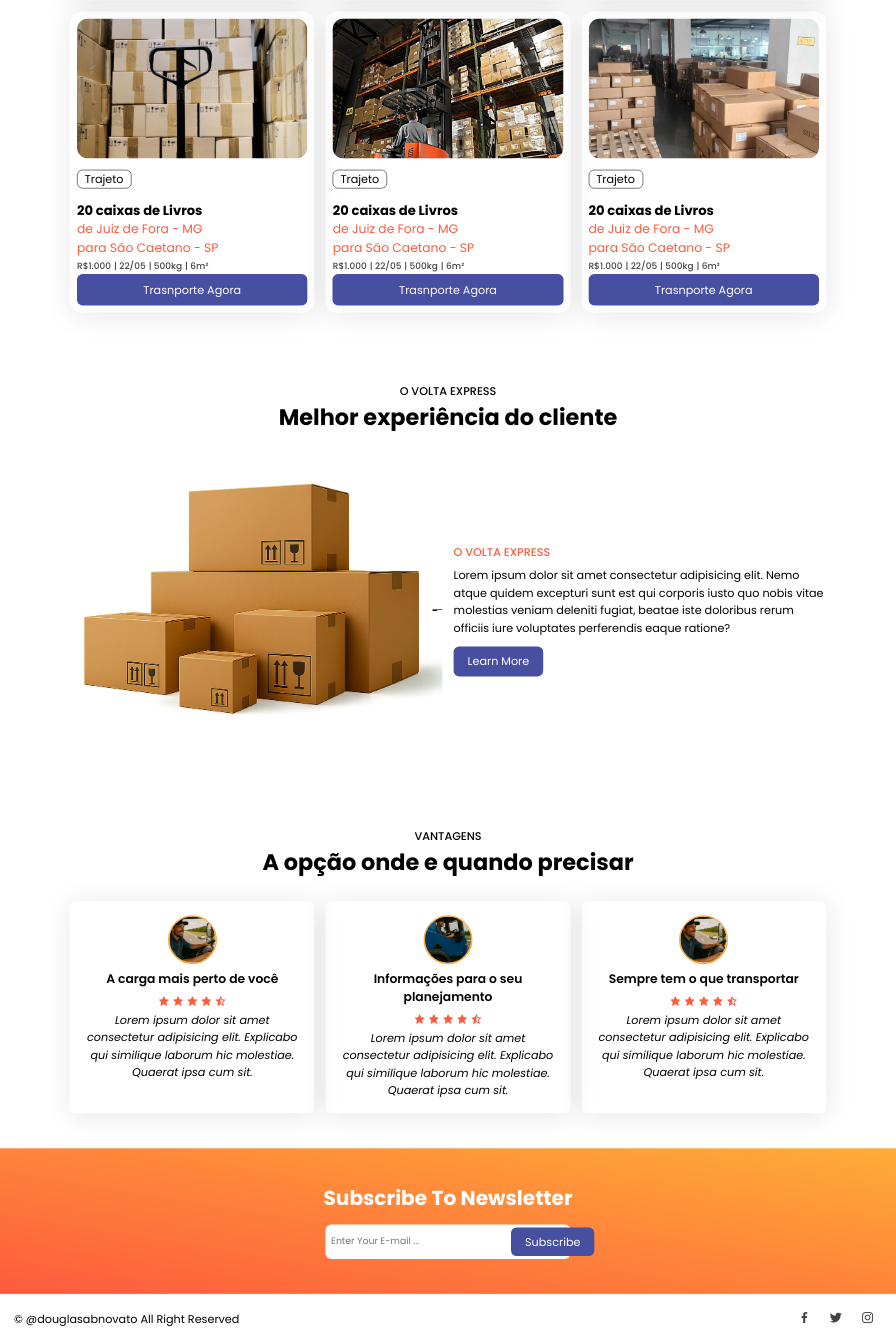
Repository: douglasabnovato/transportation
Page: index.html
These files come from the project's save history. The page is drawn as it stood at one moment and after the next save; the edit follows.
The browser window is 1280 px wide. The pictures show the part of the page from y = 2258 to 4178 px (the page is 4178 px tall), at 70% of full size.

Above is the page before, as saved 2025-05-19 01:28:09.

### index.html
<!DOCTYPE html>
<html lang="en">
  <head>
    <meta charset="UTF-8" />
    <meta name="viewport" content="width=device-width, initial-scale=1.0" />
    <title>Transportation</title>
    <link
      rel="stylesheet"
      href="https://cdn.jsdelivr.net/npm/boxicons@latest/css/boxicons.min.css"
    />
    <link rel="stylesheet" href="./style.css" />
  </head>
  <body>
    <!-- Header -->
    <header>
      <a href="#" class="logo"
        ><img
          src="./assets/images-t/transportar-caixas/caixas.png"
          alt="logo da car rental"
          srcset=""
      /></a>
      <div class="bx bx-menu" id="menu-icon"></div>
      <ul class="navbar">
        <li><a href="#home">Home</a></li>
        <li><a href="#ride">Transportar </a></li>
        <li><a href="#services">Serviços</a></li>
        <li><a href="#about">O Volta Express</a></li>
        <li><a href="#reviews">Vantagens</a></li>
      </ul>
      <div class="header-btn">
        <a href="#" class="sign-up">Sign Up</a>
        <a href="#" class="sign-in">Sign In</a>
      </div>
    </header>

    <!-- Home -->
    <section class="home" id="home">
      <div class="text">
        <h1>
          <span>Procurando</span> mercadorias <br />
          para transportar
        </h1>
        <p>
          Lorem ipsum dolor sit amet consectetur adi <br />
          pisicing elit. Explicabo esse non fugiat!
        </p>
        <div class="app-stores">
          <img src="./assets/ios.png" alt="" />
          <img src="./assets/play.png" alt="" />
        </div>
      </div>
      <div class="form-container">
        <form action="">
          <div class="input-box">
            <span>Location</span>
            <input type="search" name="" id="" placeholder="Search Places" />
          </div>
          <div class="input-box">
            <span>Pick-Up Date</span>
            <input type="date" name="" id="" />
          </div>
          <div class="input-box">
            <span>Return Date</span>
            <input type="date" name="" id="" />
          </div>
          <input type="submit" name="" id="" class="btn" />
        </form>
      </div>
    </section>

    <!-- Ride -->
    <section class="ride" id="ride">
      <div class="heading">
        <span>Como funciona</span>
        <h1>Transporte em 3 etapas fáceis</h1>
      </div>
      <div class="ride-container">
        <div class="box">
          <i class="bx bxs-map"></i>
          <h2>Escolha um local</h2>
          <p>
            Lorem ipsum dolor sit, amet consectetur adipisicing elit.
            Perspiciatis, impedit? Saepe quo quam numquam maxime?
          </p>
        </div>
        <div class="box">
          <i class="bx bxs-calendar-check"></i>
          <h2>Data de retirada</h2>
          <p>
            Lorem ipsum dolor sit, amet consectetur adipisicing elit.
            Perspiciatis, impedit? Saepe quo quam numquam maxime?
          </p>
        </div>
        <div class="box">
          <i class="bx bxs-calendar-star"></i>
          <h2>Reserve um espaço</h2>
          <p>
            Lorem ipsum dolor sit, amet consectetur adipisicing elit.
            Perspiciatis, impedit? Saepe quo quam numquam maxime?
          </p>
        </div>
      </div>
    </section>

    <!-- Services -->
    <section class="services" id="services">
      <div class="heading">
        <span>Melhores Serviços</span>
        <h1>
          Explore as Melhores Ofertas <br />
          dos Mais Bem Avaliados
        </h1>
      </div>
      <div class="services-container">
        <div class="box">
          <div class="box-img">
            <img
              src="./assets/images-t/transportar-caixas/caminhao-caixas-1.jpg"
              alt="car1"
            />
          </div>
          <p class="infos">Trajeto</p>
          <h3>20 caixas de Livros</h3>
          <h2>de Juiz de Fora - MG</h2>
          <h2>para São Caetano - SP</h2>
          <p>
            <span> R$1.000</span>
            <span> | 22/05</span>
            <span> | 500kg</span>
            <span> | 6m²</span>
          </p>
          <a href="#" class="btn">Trasnporte Agora</a>
        </div>

        <div class="box">
          <div class="box-img">
            <img
              src="./assets/images-t/transportar-caixas/caminhao-caixas-2.jpg"
              alt="car1"
            />
          </div>
          <p class="infos">Trajeto</p>
          <h3>20 caixas de Livros</h3>
          <h2>de Juiz de Fora - MG</h2>
          <h2>para São Caetano - SP</h2>
          <p>
            <span> R$1.000</span>
            <span> | 22/05</span>
            <span> | 500kg</span>
            <span> | 6m²</span>
          </p>
          <a href="#" class="btn">Trasnporte Agora</a>
        </div>

        <div class="box">
          <div class="box-img">
            <img
              src="./assets/images-t/transportar-caixas/caminhao-caixas-3.jpg"
              alt="car1"
            />
          </div>
          <p class="infos">Trajeto</p>
          <h3>20 caixas de Livros</h3>
          <h2>de Juiz de Fora - MG</h2>
          <h2>para São Caetano - SP</h2>
          <p>
            <span> R$1.000</span>
            <span> | 22/05</span>
            <span> | 500kg</span>
            <span> | 6m²</span>
          </p>
          <a href="#" class="btn">Trasnporte Agora</a>
        </div>

        <div class="box">
          <div class="box-img">
            <img
              src="./assets/images-t/transportar-caixas/caminhao-caixas-4.jpg"
              alt="car1"
            />
          </div>
          <p class="infos">Trajeto</p>
          <h3>20 caixas de Livros</h3>
          <h2>de Juiz de Fora - MG</h2>
          <h2>para São Caetano - SP</h2>
          <p>
            <span> R$1.000</span>
            <span> | 22/05</span>
            <span> | 500kg</span>
            <span> | 6m²</span>
          </p>
          <a href="#" class="btn">Trasnporte Agora</a>
        </div>

        <div class="box">
          <div class="box-img">
            <img
              src="./assets/images-t/transportar-caixas/caminhao-caixas-5.jpg"
              alt="car1"
            />
          </div>
          <p class="infos">Trajeto</p>
          <h3>20 caixas de Livros</h3>
          <h2>de Juiz de Fora - MG</h2>
          <h2>para São Caetano - SP</h2>
          <p>
            <span> R$1.000</span>
            <span> | 22/05</span>
            <span> | 500kg</span>
            <span> | 6m²</span>
          </p>
          <a href="#" class="btn">Trasnporte Agora</a>
        </div>

        <div class="box">
          <div class="box-img">
            <img
              src="./assets/images-t/transportar-caixas/deposito-1.jpg"
              alt="car1"
            />
          </div>
          <p class="infos">Trajeto</p>
          <h3>20 caixas de Livros</h3>
          <h2>de Juiz de Fora - MG</h2>
          <h2>para São Caetano - SP</h2>
          <p>
            <span> R$1.000</span>
            <span> | 22/05</span>
            <span> | 500kg</span>
            <span> | 6m²</span>
          </p>
          <a href="#" class="btn">Trasnporte Agora</a>
        </div>

        <div class="box">
          <div class="box-img">
            <img
              src="./assets/images-t/transportar-caixas/deposito-2.jpg"
              alt="car1"
            />
          </div>
          <p class="infos">Trajeto</p>
          <h3>20 caixas de Livros</h3>
          <h2>de Juiz de Fora - MG</h2>
          <h2>para São Caetano - SP</h2>
          <p>
            <span> R$1.000</span>
            <span> | 22/05</span>
            <span> | 500kg</span>
            <span> | 6m²</span>
          </p>
          <a href="#" class="btn">Trasnporte Agora</a>
        </div>

        <div class="box">
          <div class="box-img">
            <img
              src="./assets/images-t/transportar-caixas/deposito-3.jpg"
              alt="car1"
            />
          </div>
          <p class="infos">Trajeto</p>
          <h3>20 caixas de Livros</h3>
          <h2>de Juiz de Fora - MG</h2>
          <h2>para São Caetano - SP</h2>
          <p>
            <span> R$1.000</span>
            <span> | 22/05</span>
            <span> | 500kg</span>
            <span> | 6m²</span>
          </p>
          <a href="#" class="btn">Trasnporte Agora</a>
        </div>

        <div class="box">
          <div class="box-img">
            <img
              src="./assets/images-t/transportar-caixas/deposito-4.jpg"
              alt="car1"
            />
          </div>
          <p class="infos">Trajeto</p>
          <h3>20 caixas de Livros</h3>
          <h2>de Juiz de Fora - MG</h2>
          <h2>para São Caetano - SP</h2>
          <p>
            <span> R$1.000</span>
            <span> | 22/05</span>
            <span> | 500kg</span>
            <span> | 6m²</span>
          </p>
          <a href="#" class="btn">Trasnporte Agora</a>
        </div>
      </div>
    </section>

    <!-- About -->
    <section class="about" id="about">
      <div class="heading">
        <span>O VOLTA EXPRESS</span>
        <h1>Melhor experiência do cliente</h1>
      </div>
      <div class="about-container">
        <div class="about-img">
          <img src="./assets/images-t/transportar-caixas/caixas.png" alt="" />
        </div>
        <div class="about-text">
          <span>O VOLTA EXPRESS</span>
          <p>
            Lorem ipsum dolor sit amet consectetur adipisicing elit. Nemo atque
            quidem excepturi sunt est qui corporis iusto quo nobis vitae
            molestias veniam deleniti fugiat, beatae iste doloribus rerum
            officiis iure voluptates perferendis eaque ratione?
          </p>
          <a href="#" class="btn">Learn More</a>
        </div>
      </div>
    </section>

    <!-- Reviews -->
    <section class="reviews" id="reviews">
      <div class="heading">
        <span>Vantagens</span>
        <h1>A opção onde e quando precisar</h1>
      </div>
      <div class="reviews-container">
        <div class="box">
          <div class="rev-img">
            <img
              src="./assets/images-t/caminhoneiro/caminhoneiro-1.png"
              alt=""
            />
          </div>
          <h2>A carga mais perto de você</h2>
          <div class="stars">
            <i class="bx bxs-star"></i>
            <i class="bx bxs-star"></i>
            <i class="bx bxs-star"></i>
            <i class="bx bxs-star"></i>
            <i class="bx bxs-star-half"></i>
          </div>
          <p>
            Lorem ipsum dolor sit amet consectetur adipisicing elit. Explicabo
            qui similique laborum hic molestiae. Quaerat ipsa cum sit.
          </p>
        </div>
        <div class="box">
          <div class="rev-img">
            <img
              src="./assets/images-t/caminhoneiro/caminhoneiro-2.png"
              alt=""
            />
          </div>
          <h2>Informações para o seu planejamento</h2>
          <div class="stars">
            <i class="bx bxs-star"></i>
            <i class="bx bxs-star"></i>
            <i class="bx bxs-star"></i>
            <i class="bx bxs-star"></i>
            <i class="bx bxs-star-half"></i>
          </div>
          <p>
            Lorem ipsum dolor sit amet consectetur adipisicing elit. Explicabo
            qui similique laborum hic molestiae. Quaerat ipsa cum sit.
          </p>
        </div>
        <div class="box">
          <div class="rev-img">
            <img
              src="./assets/images-t/caminhoneiro/caminhoneiro-1.png"
              alt=""
            />
          </div>
          <h2>Sempre tem o que transportar</h2>
          <div class="stars">
            <i class="bx bxs-star"></i>
            <i class="bx bxs-star"></i>
            <i class="bx bxs-star"></i>
            <i class="bx bxs-star"></i>
            <i class="bx bxs-star-half"></i>
          </div>
          <p>
            Lorem ipsum dolor sit amet consectetur adipisicing elit. Explicabo
            qui similique laborum hic molestiae. Quaerat ipsa cum sit.
          </p>
        </div>
      </div>
    </section>

    <!-- Newsletter -->
    <section class="newsletter">
      <h2>Subscribe To Newsletter</h2>
      <div class="box">
        <input type="text" placeholder="Enter Your E-mail ..." />
        <a href="#" class="btn">Subscribe</a>
      </div>
    </section>

    <!-- Copyright -->
    <div class="copyright">
      <p>&#169; @douglasabnovato All Right Reserved</p>
      <div class="social">
        <a href="#"><i class="bx bxl-facebook"></i></a>
        <a href="#"><i class="bx bxl-twitter"></i></a>
        <a href="#"><i class="bx bxl-instagram"></i></a>
      </div>
    </div>

    <!-- scrollreveal -->
    <script src="https://unpkg.com/scrollreveal"></script>

    <!-- Link to JS -->
    <script src="./script.js"></script>
  </body>
</html>

### style.css
@import url("https://fonts.googleapis.com/css2?family=Noto+Sans:ital,wght@0,100..900;1,100..900&family=Poppins:ital,wght@0,100;0,200;0,300;0,400;0,500;0,600;0,700;0,800;0,900;1,100;1,200;1,300;1,400;1,500;1,600;1,700;1,800;1,900&display=swap");

* {
  margin: 0;
  padding: 0;
  box-sizing: border-box;
  scroll-padding-top: 2rem;
  scroll-behavior: smooth;
  list-style: none;
  text-decoration: none;
  font-family: "Poppins", sans-serif;
}

:root {
  --main-color: #fe5b3d;
  --second-color: #ffac38;
  --text-color: #444;
  --gradient: linear-gradient(#fe5b3d, #ffac38);
}

html::-webkit-scrollbar {
  width: 0.5rem;
}

html::-webkit-scrollbar-track {
  background: transparent;
}

html::-webkit-scrollbar-thumb {
  background: var(--main-color);
  border-radius: 5rem;
}

section {
  padding: 50px 100px;
}

/* Header */

header {
  position: fixed;
  width: 100%;
  top: 0;
  right: 0;
  z-index: 1000;
  display: flex;
  align-items: center;
  justify-content: space-between;
  background: #eeeff1;
  padding: 15px 100px;
}

.logo img {
  width: 48px;
}

.navbar {
  display: flex;
}

.navbar li {
  position: relative;
}

.navbar a {
  font-size: 1rem;
  padding: 10px 20px;
  color: var(--text-color);
  font-weight: 500;
}

.navbar a:after {
  content: "";
  width: 0;
  height: 3px;
  background: var(--gradient);
  position: absolute;
  bottom: -4px;
  left: 0;
  transition: 0.5s;
}

.navbar a:hover::after {
  width: 100%;
}

#menu-icon {
  font-size: 24px;
  cursor: pointer;
  z-index: 10001;
  display: none;
}

.header-btn a {
  padding: 10px 20px;
  color: var(--text-color);
  font-weight: 500;
}

.header-btn .sign-in {
  background: #474fa0;
  color: #fff;
  border-radius: 0.5rem;
}

.header-btn .sign-in:hover {
  background: var(--main-color);
}

/* Home */
.home {
  width: 100%;
  min-height: 100vh;
  position: relative;
  background: url(./assets/images-t/transportar-caixas/banner-caixas.png);
  background-repeat: no-repeat;
  background-position: center right;
  background-size: cover;
  display: grid;
  align-items: center;
  grid-template-columns: repeat(2, 1fr);
}

.text h1 {
  font-size: 3.5rem;
  letter-spacing: 2px;
}

.text span {
  color: var(--main-color);
}

.text p {
  margin: 0.5rem 0 1rem;
}

.app-stores {
  display: flex;
}

.app-stores img {
  width: 100px;
  margin-right: 1rem;
  cursor: pointer;
}

.form-container form {
  display: flex;
  flex-wrap: wrap;
  align-items: center;
  gap: 1rem;
  position: absolute;
  bottom: 4rem;
  left: 100px;
  background: #fff;
  padding: 20px;
  border-radius: 0.5rem;
}

.input-box {
  flex: 1 1 7rem;
  display: flex;
  flex-direction: column;
}

.input-box span {
  font-weight: 500;
}

.input-box input {
  padding: 7px;
  outline: none;
  border: none;
  background: #eeeff1;
  border-radius: 0.5rem;
  font-size: 1rem;
}

.form-container form .btn {
  flex: 1 1 7rem;
  padding: 10px 34px;
  border: none;
  border-radius: 0.5rem;
  background: #474fa0;
  color: #fff;
  font-size: 1rem;
  font-weight: 500;
}

.form-container form .btn:hover {
  background: var(--main-color);
  cursor: pointer;
}

/* Ride */
.heading {
  text-align: center;
}

.heading span {
  font-weight: 500;
  text-transform: uppercase;
}

.heading h1 {
  font-size: 2rem;
}

.ride-container {
  display: grid;
  align-items: center;
  grid-template-columns: repeat(auto-fit, minmax(250px, auto));
  gap: 1rem;
  margin-top: 2rem;
}

.ride-container .box {
  text-align: center;
  padding: 20px;
}

.ride-container .box .bx {
  font-size: 34px;
  padding: 10px;
  background: #eeeff1;
  border-radius: 0.5rem;
  color: var(--main-color);
}

.ride-container .box h2 {
  font-size: 1.3rem;
  font-weight: 500;
  margin: 1.4rem 0 0.5rem;
}

.ride-container .box .bx:hover,
.ride-container .box .bx .bxs-calendar-star {
  background: var(--gradient);
  color: #fff;
}

/* Services */
.services-container {
  display: grid;
  grid-template-columns: repeat(auto-fit, minmax(300px, auto));
  gap: 1rem;
  margin-top: 2rem;
}

.services-container .box {
  padding: 10px;
  border-radius: 1rem;
  box-shadow: 1px 4px 41px rgba(0, 0, 0, 0.1);
}

.services-container .box .box-img {
  width: 100%;
  height: 200px;
}

.services-container .box .box-img img {
  width: 100%;
  height: 100%;
  border-radius: 1rem;
  object-fit: cover;
  object-position: center;
}

.services-container .box p.infos {
  padding: 0 10px;
  border: 1px solid var(--text-color);
  width: 78px;
  border-radius: 0.5rem;
  margin: 1rem 0 1rem;
}

.services-container .box h2 {
  font-size: 1.1rem;
  font-weight: 400;
  color: var(--main-color);
}

.services-container .box p span {
  font-size: 0.8rem;
  font-weight: 500;
  color: var(--text-color);
}

.services-container .box .btn {
  display: flex;
  justify-content: center;
  background: #474fa0;
  color: #fff;
  padding: 10px;
  border-radius: 0.5rem;
}

.services-container .box .btn:hover {
  background: var(--main-color);
}

/* About */
.about-container {
  display: grid;
  grid-template-columns: repeat(2, 1fr);
  margin-top: 2rem;
  align-items: center;
  gap: 1rem;
}

.about-img img {
  width: 100%;
}

.about-text span {
  font-weight: 500;
  color: var(--main-color);
  text-transform: uppercase;
}

.about-text p {
  margin: 0.5rem 0 1.4rem;
}

.about-text .btn {
  padding: 10px 20px;
  background: #474fa0;
  color: #fff;
  border-radius: 0.5rem;
}

.about-text .btn:hover {
  background: var(--main-color);
}

/* Review */
.reviews-container {
  display: grid;
  grid-template-columns: repeat(auto-fit, minmax(250px, auto));
  gap: 1rem;
  margin-top: 2rem;
}

.rev-img {
  width: 70px;
  height: 70px;
}

.rev-img img {
  width: 100%;
  height: 100%;
  border-radius: 50%;
  object-fit: cover;
  object-position: center;
  border: 2px solid var(--second-color);
}

.reviews-container .box {
  display: flex;
  flex-direction: column;
  align-items: center;
  text-align: center;
  padding: 20px;
  box-shadow: 1px 4px 41px rgba(0, 0, 0, 0.1);
  border-radius: 0.5rem;
}

.reviews-container .box h2 {
  font-size: 1.1rem;
  font-weight: 600;
  margin: 0.5rem 0 0.5rem;
}

.reviews-container .box p {
  font-style: italic;
}

.reviews-container .box .stars .bx {
  color: var(--main-color);
}

/* Newsletter */
.newsletter {
  background: linear-gradient(to top right, #fe5b3d, #ffac38);
  display: flex;
  flex-direction: column;
  align-items: center;
}

.newsletter h2 {
  color: #fff;
  font-size: 1.8rem;
}

.newsletter .box {
  margin-top: 1rem;
  background: #fff;
  border-radius: 0.5rem;
  padding: 4px 8px;
  width: 350px;
  display: flex;
  justify-content: space-between;
}

.newsletter .box input {
  border: none;
  outline: none;
}

.newsletter .box .btn {
  background: #474fa0;
  color: #fff;
  padding: 8px 20px;
  border-radius: 0.5rem;
}

/* Copyright */
.copyright {
  padding: 20px;
  display: flex;
  justify-content: space-between;
  align-items: center;
}

.social a {
  color: #444;
  padding: 10px;
  font-size: 21px;
  transition: font-size 2s;
}

.social a:hover {
  font-size: 24px;
  color: #fe5b3d;
}

/* Responsive */

@media screen and (max-width: 991px) {
  header {
    padding: 18px 40px;
  }
  section {
    padding: 80px 40px;
  }
}

@media screen and (max-width: 891px) {
  .home {
    background-position: left;
  }
  .form-container form {
    bottom: 0.2rem;
    left: 40px;
  }
}

@media screen and (max-width: 768px) {
  header {
    padding: 11px 40px;
  }

  #menu-icon {
    display: initial;
  }

  .sign-up {
    display: none;
  }

  .text h2 {
    font-size: 2.5rem;
  }

  .home {
    grid-template-columns: 1fr;
  }

  .form-container form {
    position: unset;
  }

  header .navbar {
    position: absolute;
    top: -500px;
    left: 0;
    right: 0;
    display: flex;
    flex-direction: column;
    background: #fff;
    box-shadow: 0 4px 4px rgba(0, 0, 0, 0.1);
    transition: 0.2 ease;
    text-align: left;
  }

  .navbar.active {
    top: 100%;
  }

  .navbar a {
    padding: 1rem;
    border-left: 2px solid var(--main-color);
    margin: 1rem;
    display: block;
  }

  .navbar a:hover {
    color: #fff;
    background: var(--main-color);
    border: none;
  }

  .navbar a::after {
    display: none;
  }

  .heading span {
    font-size: 0.9rem;
    font-weight: 600;
  }

  .heading h1 {
    font-size: 1.3rem;
  }

  .about-container {
    grid-template-columns: 1fr;
    text-align: center;
  }

  .about-img {
    padding: 1rem;
    order: 2;
  }
}

@media screen and (max-width: 568px) {
  .copyright {
    flex-direction: column;
  }

  .newsletter .box {
    width: 284px;
  }

  .form-container {
    padding-top: 2rem;
  }
}

@media screen and (max-width: 350px) {
  header {
    padding: 6px 14px;
  }

  .logo img {
    width: 30px;
  }

  section {
    padding: 50px 14px;
  }

  .header-btn .sign-in {
    padding: 7px 10px;
    font-size: 14px;
    font-weight: 400;
  }

  .text h1 {
    font-size: 2rem;
  }

  .services-container {
    grid-template-columns: repeat(auto-fit, minmax(254px, auto));
  }
}

### script.js
/**
 * Menu Header responsive
 */
let menu = document.querySelector("#menu-icon");
let navbar = document.querySelector(".navbar");

menu.onclick = () => {
  menu.classList.toggle("bx-x");
  navbar.classList.toggle("active");
};

window.onscroll = () => {
  menu.classList.remove("bx-x");
  navbar.classList.remove("active");
};
/**
 * Scrollrevel
 */
const sr = ScrollReveal({
  distance: "60px",
  duration: 2500,
  delay: 400,
  reset: true,
});

sr.reveal(".text", { delay: 200, origin: "top" });
sr.reveal(".form-container form", { delay: 800, origin: "left" });
sr.reveal(".heading", { delay: 800, origin: "top" });
sr.reveal(".ride-container .box", { delay: 600, origin: "top" });
sr.reveal(".services-container .box", { delay: 600, origin: "top" });
sr.reveal(".about-container .box", { delay: 600, origin: "top" });
sr.reveal(".reviews-container", { delay: 600, origin: "top" });
sr.reveal(".newsletter .box", { delay: 400, origin: "bottom" });

After the next save:
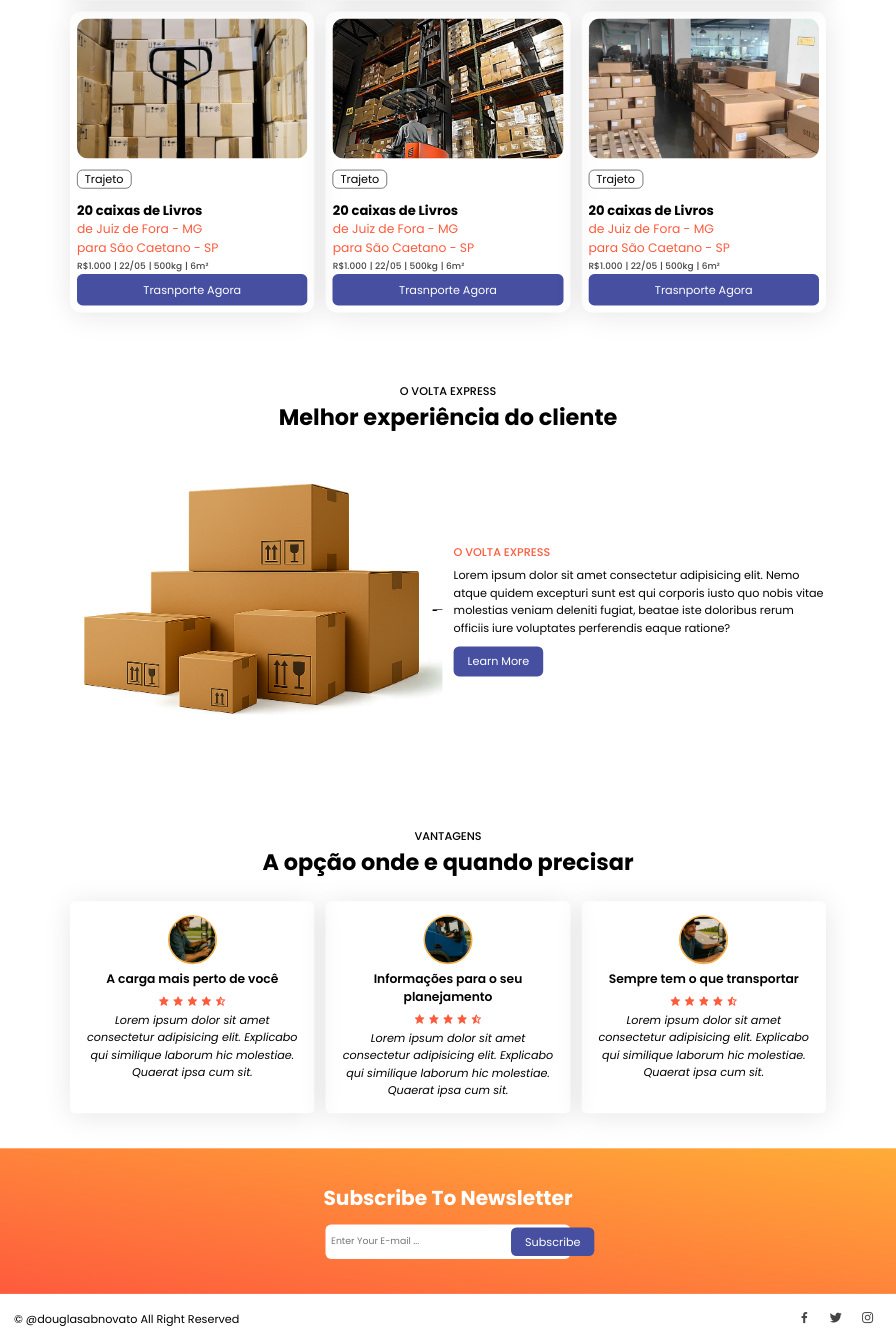
Saved 3 min 29 s later.
--- a/index.html
+++ b/index.html
@@ -327,7 +327,7 @@
         <div class="box">
           <div class="rev-img">
             <img
-              src="./assets/images-t/caminhoneiro/caminhoneiro-1.png"
+              src="./assets/images-t/caminhoneiro/caminhoneiro-3.png"
               alt=""
             />
           </div>
